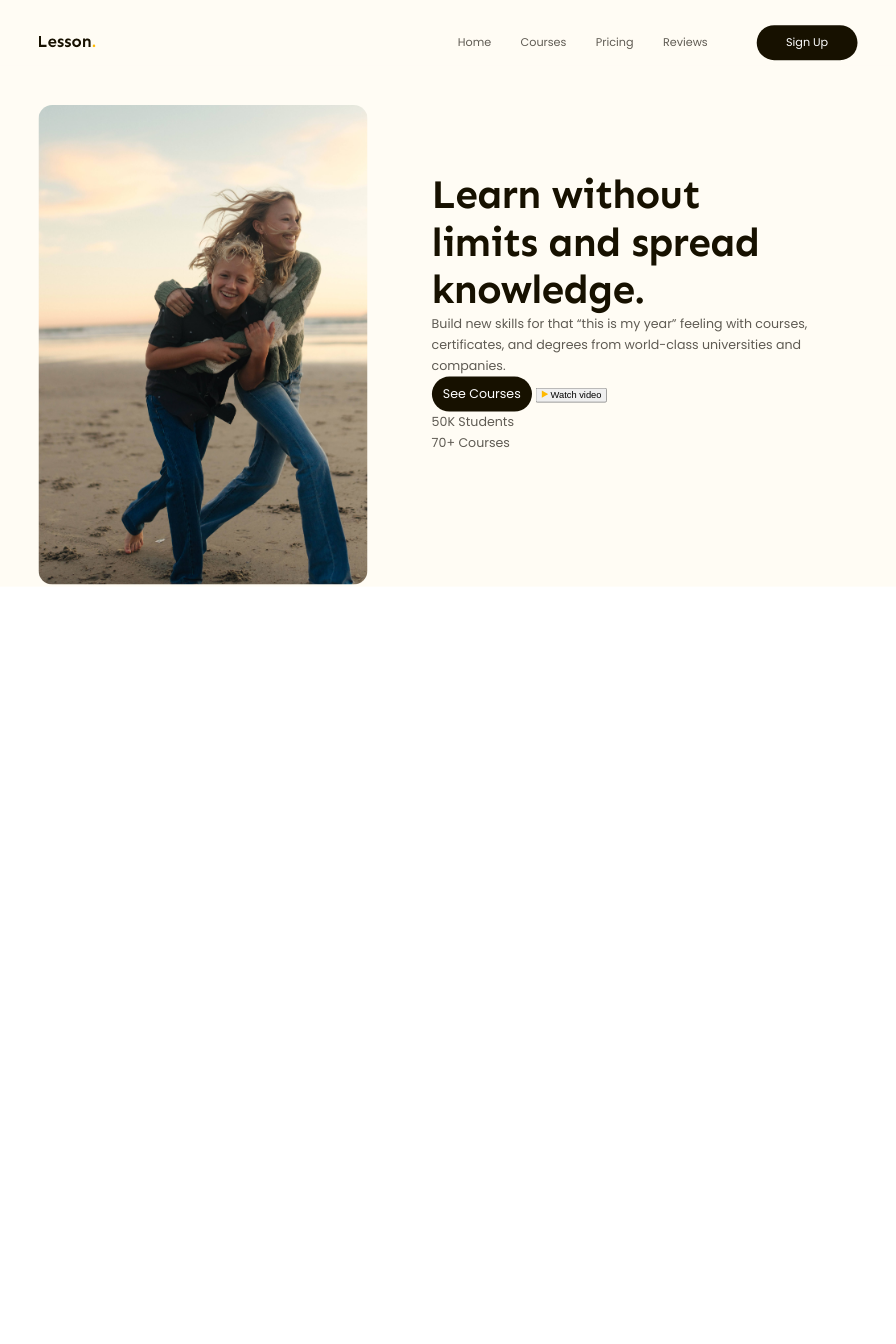
Repository: tinhtranjp/htmlcss-01
Page: index.html
An editor plug-in stored every save of this project. The page is shown before and after the next save, followed by the edit.
The browser window is 1280 px wide. The pictures show the part of the page from y = 0 to 1920 px (the page is 5000 px tall), at 70% of full size.

Above is the page before, as saved 2023-01-20 05:16:31.

### index.html
<!DOCTYPE html>
<html lang="en">
  <head>
    <meta charset="UTF-8" />
    <meta http-equiv="X-UA-Compatible" content="IE=edge" />
    <meta name="viewport" content="width=device-width, initial-scale=1.0" />
    <title>Project-01</title>
    <link rel="stylesheet" href="./assets/css/reset.css" />
    <link rel="stylesheet" href="./assets/css/base.css" />
    <link rel="stylesheet" href="./assets/css/styles.css" />
    <link rel="preconnect" href="https://fonts.googleapis.com" />
    <link rel="preconnect" href="https://fonts.gstatic.com" crossorigin />
    <link
      href="https://fonts.googleapis.com/css2?family=Poppins:ital,wght@0,400;0,500;0,600;0,700;1,400&family=Sen:wght@700&display=swap"
      rel="stylesheet"
    />
  </head>
  <body>
    <div class="main" style="height: 5000px">
      <!-- Header -->
      <header class="header fixed">
        <div class="content">
          <div class="body">
            <a href=""
              ><img src="./assets/img/Lesson..svg" alt="Lesson." class="logo"
            /></a>

            <nav class="nav">
              <ul class="nav-list">
                <li class="nav-item">
                  <a href="#!">Home</a>
                </li>
                <li class="nav-item">
                  <a href="#!">Courses</a>
                </li>
                <li class="nav-item">
                  <a href="#!">Pricing</a>
                </li>
                <li class="nav-item">
                  <a href="#!">Reviews</a>
                </li>
              </ul>
            </nav>

            <div class="acction">
              <a href="#!" class="btn acction-btn">Sign Up</a>
            </div>
          </div>
        </div>
      </header>

      <!-- Hero -->
      <div class="hero">
        <div class="content">
          <div class="body">
            <div class="media">
              <img
                src="./assets/img/hero-img.jpg"
                alt="Learn without limits and spread knowledge."
                class="img-media"
              />
            </div>
            <div class="info">
              <h1 class="title">Learn without limits and spread knowledge.</h1>
              <p class="desc">
                Build new skills for that “this is my year” feeling with
                courses, certificates, and degrees from world-class universities
                and companies.
              </p>
              <div class="accition">
                <a href="" class="btn">See Courses</a>
                <button>
                  <img src="./assets/img/Polygon 2.svg" alt="" />
                  <span>Watch video</span>
                </button>
              </div>
              <p class="desc"></p>
              <p class="qty"><strong>50K</strong> Students</p>
              <p class="qty"><strong>70+</strong> Courses</p>
            </div>
          </div>
        </div>
      </div>
    </div>
  </body>
</html>

### assets/css/base.css
* {
  box-sizing: border-box;
}

:root {
  --primary-color: #ffb900;
}

html {
  font-size: 62.5%;
}

body {
  font-size: 1.6rem;
  font-family: "Poppins", sans-serif;
  font-weight: 400;
  color: #5f5b53;
}

.content {
  width: 1170px;
  max-width: calc(100% - 48px);
  margin-left: auto;
  margin-right: auto;
}

h1,
h2 {
  font-family: "Sen", sans-serif;
  font-weight: 700;
}

.text-line2 {
  display: -webkit-box;
  -webkit-line-clamp: 2;
  -webkit-box-orient: vertical;
  overflow: hidden;
}

.text-line2.text-line3 {
  -webkit-line-clamp: 3;
}

a {
  text-decoration: none;
}

.btn {
  display: inline-block;
  min-width: 118px;
  padding: 0 16px;
  height: 50px;
  line-height: 50px;
  text-align: center;
  background: #171100;
  border-radius: 25px;
  color: #fff;
}

.btn:hover {
  cursor: pointer;
  opacity: 0.9;
}

### assets/css/styles.css
/* ========================> Header <======================= */

.header {
  padding-top: 28px;
  background: #fffcf4;
}

.fixed {
  position: sticky;
  left: 0;
  top: -28px;
}

.header .logo:hover {
  cursor: pointer;
}

.header .body {
  display: flex;
  align-items: center;
  padding: 8px 0;
}

.header nav {
  margin-left: auto;
}

.header .nav-list {
  display: flex;
  align-items: center;
}

.header .nav-item > a {
  display: inline-block;
  padding: 8px 21px;
  line-height: 1.75;
  color: #5f5b53;
}

.header .nav-item > a::after {
  content: "";
  display: block;
  width: 0;
  height: 1.2px;
  background: var(--primary-color);
  transition: ease 0.4s;
}

.header .nav-item > a:hover::after {
  width: 100%;
}

.header .acction {
  margin-left: 49px;
}

.acction-btn {
  min-width: 144px;
}

.acction-btn:hover {
  background-color: transparent;
  color: #333;
  background-color: var(--primary-color);
  opacity: 0.7;
  transition: ease-in 0.2s;
}

/* ======================> Hero <==================== */

.hero {
  padding-top: 56px;
  background: #fffcf4;
}

.hero .body {
  display: flex;
}

.hero .media {
  width: 48%;
}

.hero .img-media {
  width: 470px;
  height: 685px;
  object-fit: cover;
  border-radius: 20px;
}

.hero .info {
  width: 52%;
}

.hero .info .title {
  margin-top: 72px;
  font-size: 5.8rem;
  line-height: 1.17;
  letter-spacing: -0.02em;
  color: #171100;
  width: 470px;
}

.hero .info:nth-child(2) {
  margin-top: 22px;
  font-size: 1.8rem;
  line-height: 1.67;
  color: #5f5b53;
}

Loaded but not shown: assets/css/reset.css (common file)

After the next save:
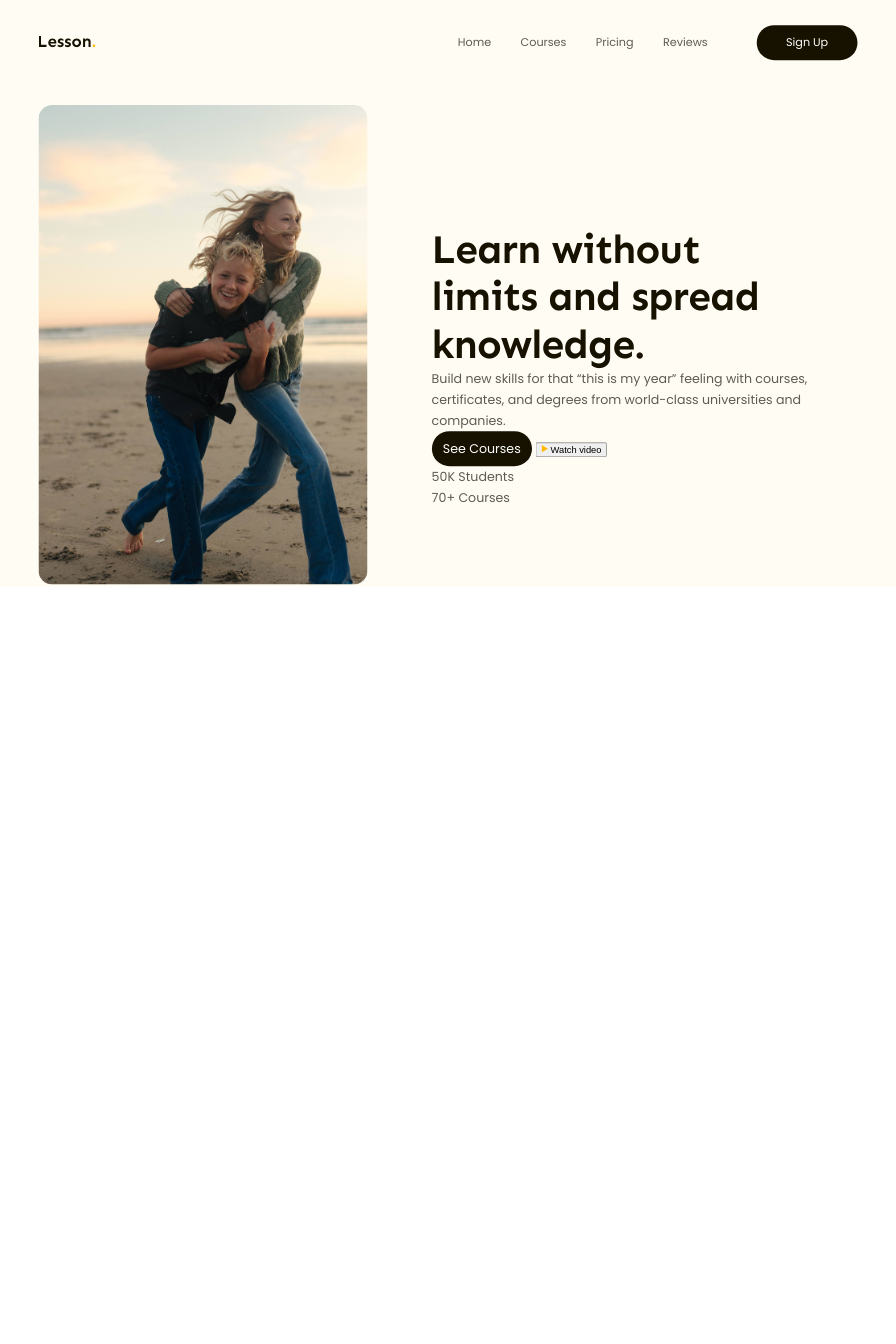
Saved 8 s later.
--- a/assets/css/styles.css
+++ b/assets/css/styles.css
@@ -102,7 +102,7 @@
 }
 
 .hero .info:nth-child(2) {
-  margin-top: 22px;
+  margin-top: 100px;
   font-size: 1.8rem;
   line-height: 1.67;
   color: #5f5b53;
